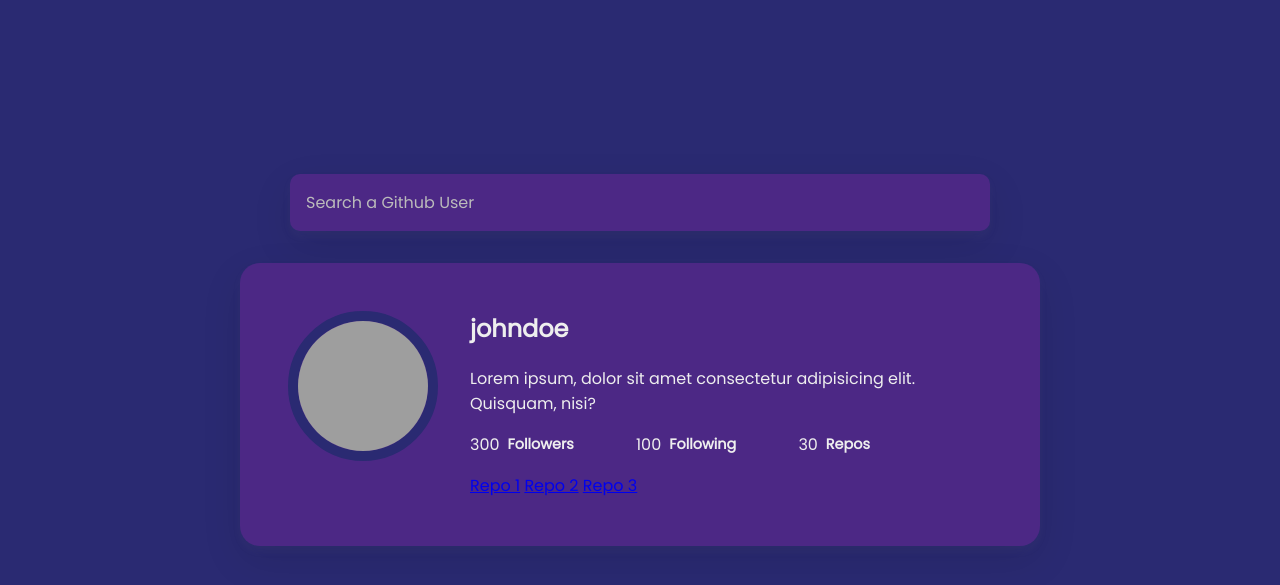
Repository: eagle-tex/50-projects-BT
Page: 28-github-profiles/index.html
The author's editor kept a copy of each file at every save. The page is drawn from the files as they stood at one save, then again after the next save.
The browser window is 1280 px wide. The pictures show the whole page.
Pictures or frames that could not be fetched are drawn as grey boxes.

Above is the page before, as saved 2021-01-23 11:08:29.

### 28-github-profiles/index.html
<!DOCTYPE html>
<html lang="en">

<head>
  <meta charset="UTF-8" />
  <meta name="viewport" content="width=device-width, initial-scale=1.0" />
  <link rel="stylesheet" href="style.css" />
  <title>Github Profiles</title>
</head>

<body>
  <form class="user-form" id="form">
    <input type="text" id="search" placeholder="Search a Github User">
  </form>

  <main id="main">
    <div class="card">
      <div>
        <img src="https://randomuser.me/api/portraits/men/30.jpg" alt="" class="avatar">
      </div>
      <div class="user-info">
        <h2>johndoe</h2>
        <p>Lorem ipsum, dolor sit amet consectetur adipisicing elit. Quisquam, nisi?</p>

        <ul>
          <li>300 <strong>Followers</strong></li>
          <li>100 <strong>Following</strong></li>
          <li>30 <strong>Repos</strong></li>
        </ul>

        <div id="repos">
          <a href="#" class="repos">Repo 1</a>
          <a href="#" class="repos">Repo 2</a>
          <a href="#" class="repos">Repo 3</a>
        </div>

      </div>
    </div>
  </main>

  <script src="script.js"></script>
</body>

</html>

### 28-github-profiles/style.css
@import url('https://fonts.googleapis.com/css2?family=Poppins:wght@200;400&display=swap');

:root {
  --body-bg: #2a2a72;
  --form-bg: #4c2885;
}

* {
  box-sizing: border-box;
}

body {
  background-color: var(--body-bg);
  color: #fff;
  font-family: 'Poppins', sans-serif;
  display: flex;
  flex-direction: column;
  align-items: center;
  justify-content: center;
  height: 100vh;
  overflow: hidden;
  margin: 0;
}

.user-form {
  width: 100%;
  max-width: 700px;
}

.user-form input {
  width: 100%;
  display: block;
  background-color: var(--form-bg);
  border: none;
  border-radius: 10px;
  -webkit-border-radius: 10px;
  -moz-border-radius: 10px;
  -ms-border-radius: 10px;
  -o-border-radius: 10px;
  color: #fff;
  padding: 1rem;
  margin-bottom: 2rem;
  font-family: inherit;
  font-size: 1rem;
  box-shadow: 0 5px 10px rgba(154, 160, 185, 0.05),
    0 15px 40px rgba(0, 0, 0, 0.1);
}

.user-form input::placeholder {
  color: #bbb;
}

.user-form input:focus {
  outline: none;
}

.card {
  max-width: 800px;
  background-color: var(--form-bg);
  border-radius: 20px;
  -webkit-border-radius: 20px;
  -moz-border-radius: 20px;
  -ms-border-radius: 20px;
  -o-border-radius: 20px;
  box-shadow: 0 5px 10px rgba(154, 160, 185, 0.05),
    0 15px 40px rgba(0, 0, 0, 0.1);
  display: flex;
  padding: 3rem;
  margin: 0 1.5rem;
}

.avatar {
  border-radius: 50%;
  -webkit-border-radius: 50%;
  -moz-border-radius: 50%;
  -ms-border-radius: 50%;
  -o-border-radius: 50%;
  border: 10px solid var(--body-bg);
  height: 150px;
  width: 150px;
}

.user-info {
  color: #eee;
  margin-left: 2rem;
}

.user-info h2 {
  margin-top: 0;
}

.user-info ul {
  list-style-type: none;
  display: flex;
  justify-content: space-between;
  padding: 0;
  max-width: 400px;
}

.user-info ul li {
  display: flex;
  align-items: center;
}

.user-info ul li strong {
  font-size: 0.9rem;
  margin-left: 0.5rem;
}

.repo {
  text-decoration: none;
  color: #fff;
}

Loaded but not shown: 28-github-profiles/script.js (no copy from this time; the picture is the same without it)

After the next save:
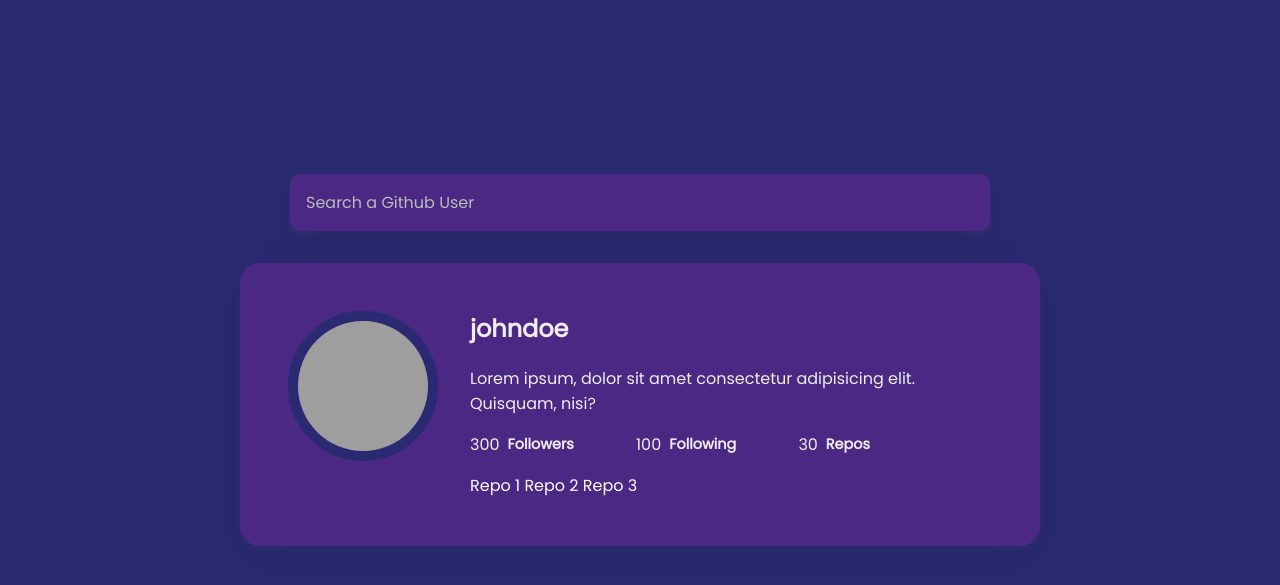
Saved 5 s later.
--- a/28-github-profiles/style.css
+++ b/28-github-profiles/style.css
@@ -107,7 +107,7 @@
   margin-left: 0.5rem;
 }
 
-.repo {
+.repos {
   text-decoration: none;
   color: #fff;
 }

After the save that followed:
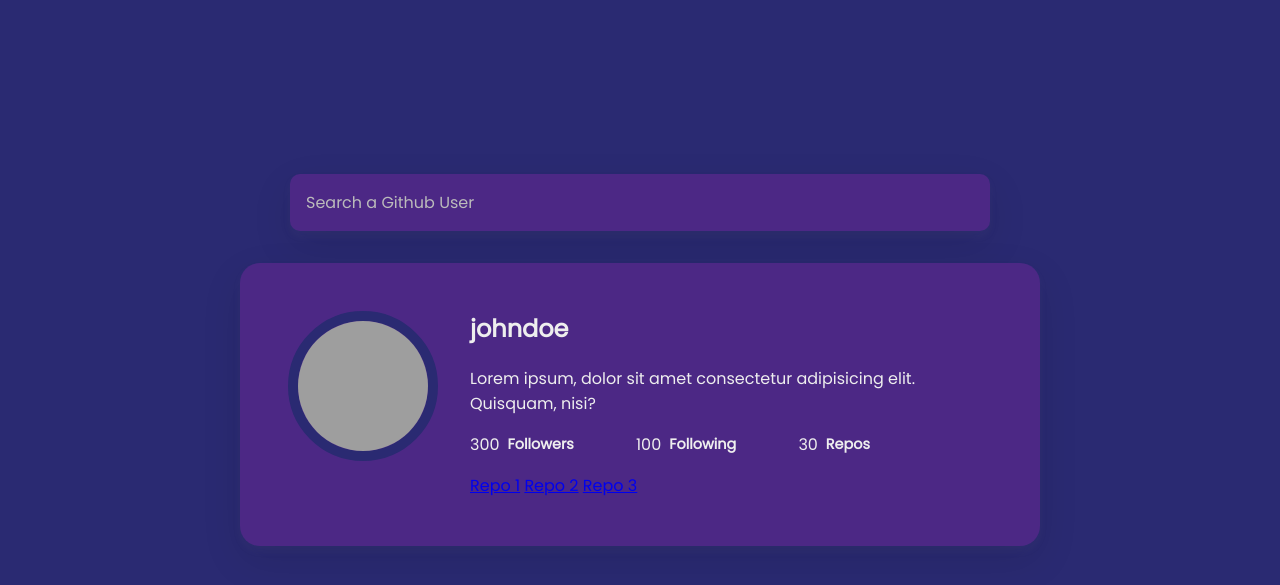
Saved 8 s later.
--- a/28-github-profiles/style.css
+++ b/28-github-profiles/style.css
@@ -107,7 +107,7 @@
   margin-left: 0.5rem;
 }
 
-.repos {
+.repo {
   text-decoration: none;
   color: #fff;
 }
